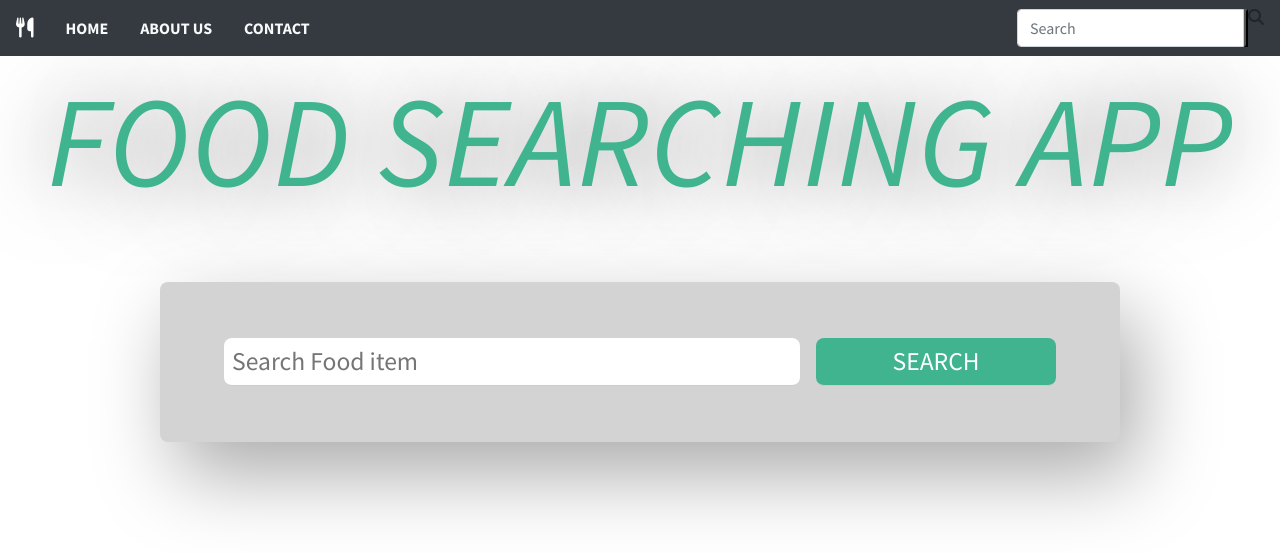
Repository: priyavmehta/React-Food-Recipe-App
Page: /
An editor plug-in stored every save of this project. The page is shown before and after a run of saves, followed by the edit.
The browser window is 1280 px wide. The pictures show the whole page.
Some web libraries are served in a nearby version. The project was rebuilt for these pictures with package versions that can differ from the ones it lists, and the page was loaded fresh each time. Also part of the build but not shown: src/Components/RecipeDetails.js, src/Components/Recipe.js, src/Components/Alert.js.

Above is the page before, as saved 2020-07-11 22:33:27.

### public/index.html
<!DOCTYPE html>
<html lang="en">
  <head>
    <meta charset="utf-8" />
    <link rel="icon" href="%PUBLIC_URL%/favicon.ico" />
    <meta name="viewport" content="width=device-width, initial-scale=1" />
    <meta name="theme-color" content="#000000" />
    <meta
      name="description"
      content="Web site created using create-react-app"
    />
    <link rel="apple-touch-icon" href="%PUBLIC_URL%/logo192.png" />
    <link rel="manifest" href="%PUBLIC_URL%/manifest.json" />

    <script src="https://kit.fontawesome.com/c3f9cf1e2c.js" crossorigin="anonymous"></script>

    <link rel="stylesheet" href="https://stackpath.bootstrapcdn.com/bootstrap/4.3.1/css/bootstrap.min.css" integrity="sha384-ggOyR0iXCbMQv3Xipma34MD+dH/1fQ784/j6cY/iJTQUOhcWr7x9JvoRxT2MZw1T" crossorigin="anonymous">
    <script src="https://code.jquery.com/jquery-3.3.1.slim.min.js" integrity="sha384-q8i/X+965DzO0rT7abK41JStQIAqVgRVzpbzo5smXKp4YfRvH+8abtTE1Pi6jizo" crossorigin="anonymous"></script>
<script src="https://cdnjs.cloudflare.com/ajax/libs/popper.js/1.14.7/umd/popper.min.js" integrity="sha384-UO2eT0CpHqdSJQ6hJty5KVphtPhzWj9WO1clHTMGa3JDZwrnQq4sF86dIHNDz0W1" crossorigin="anonymous"></script>
<script src="https://stackpath.bootstrapcdn.com/bootstrap/4.3.1/js/bootstrap.min.js" integrity="sha384-JjSmVgyd0p3pXB1rRibZUAYoIIy6OrQ6VrjIEaFf/nJGzIxFDsf4x0xIM+B07jRM" crossorigin="anonymous"></script>

    <title>Food App</title>
  </head>
  <body>
    <noscript>You need to enable JavaScript to run this app.</noscript>
    <div id="root"></div>
    <!--
      This HTML file is a template.
      If you open it directly in the browser, you will see an empty page.

      You can add webfonts, meta tags, or analytics to this file.
      The build step will place the bundled scripts into the <body> tag.

      To begin the development, run `npm start` or `yarn start`.
      To create a production bundle, use `npm run build` or `yarn build`.
    -->
  </body>
</html>

### src/App.js
import React, { useState } from 'react';
import './App.css';
import RecipeState from './context/recipe/RecipeState';
import Search from './Components/Search';
import { BrowserRouter as Router, Switch, Route } from 'react-router-dom'
import Navbar from './Components/Navbar';

const App = () => {

  return (
    <RecipeState>
      <Router>
      <Navbar />
        <div className="App">

          <Search/>
        </div>
      </Router>
    </RecipeState>
  );
}

export default App;

### src/App.css
@import url("https://fonts.googleapis.com/css?family=Source+Sans+Pro:300,300i,400,400i,600,600i,700&display=swap");

* {
  font-family: "Source Sans Pro", sans-serif;
  margin: 0;
  padding: 0;
  text-decoration: none;
  list-style-type: none;
  outline: none;
}

.App {
  display: flex;
  flex-direction: column;
  align-items: center;
}

h1 {
  font-size: 8rem;
  letter-spacing: 0.1rem;
  font-style: italic;
  color: #40b48e;
  text-shadow: 0 0.2rem 5rem rgb(119, 115, 115);
  text-transform: uppercase;
  margin: 4rem 0;
}

.search-form {
  width: 60rem;
  height: 10rem;
  display: flex;
  justify-content: center;
  align-items: center;
  background-color: #d3d3d3;
  border-radius: 0.5rem;
  margin-bottom: 5rem;
  box-shadow: 1rem 2rem 5rem #aaa;
  position: relative;
}

.alert {
  /*position: absolute;*/
  top: -3rem;
  left: 0;
  background-color: rgb(233, 72, 72);
  width: calc(100% - 0.4rem);
  border-radius: 0.5rem;
  padding: 0.2rem;
}

.alert h3 {
  font-size: 1.8rem;
  color: #fff;
  font-weight: 400;
  text-transform: uppercase;
  text-align: center;
}

.search-form input {
  font-size: 1.6rem;
  border: none;
  border-bottom: 0.1rem solid #ccc;
  margin: 0 0.5rem;
  border-radius: 0.5rem;
  height: 3rem;
}

.search-form input[type="text"] {
  padding: 0 0.5rem;
  width: 60%;
  color: #555;
}

.search-form input[type="submit"] {
  width: 25%;
  text-transform: uppercase;
  background-color: #40b48e;
  color: #fff;
}

.recipes {
  width: 90%;
  display: flex;
  align-items: center;
  flex-wrap: wrap;
  justify-content: center;
  align-items: flex-start;
}

.recipe {
  width: 30rem;
  margin: 3rem;
  display: flex;
  flex-direction: column;
  background-color: #d3d3d3;
  padding: 2rem;
  position: relative;
  border-radius: 0.5rem;
  box-shadow: 2rem 3rem 5rem #aaa;
}

.recipe h2 {
  background-color: rgba(161, 161, 161, 0.7);
  border-radius: 0.5rem;
  padding: 0.3rem 0.5rem;
  position: absolute;
  top: 2.5rem;
  left: 2.5rem;
  right: 2.5rem;
  font-size: 2.5rem;
  font-weight: 400;
  text-shadow: 0 0.5rem 0.5rem #555;
  color: #fff;
}

.recipe img {
  border-radius: 0.5rem;
  object-fit: cover;
}

.recipe a {
  font-size: 1.8rem;
  color: #40b48e;
}

/* .recipe button {
  font-size: 2rem;
  text-transform: uppercase;
  color: #fff;
  background-color: #40b48e;
  border: none;
  border-radius: 0.5rem;
  height: 3rem;
} */

.ingredient-list {
  margin-top: 1rem;
  background-color: #f0f0f0;
  border-radius: 0.5rem;
  padding: 0.5rem;
}

.ingredient-list li {
  margin: 0.5rem 0;
}

.ingredient-text {
  font-size: 1.5rem;
  color: #888;
}

.ingredient-weight {
  color: #40b48e;
  font-size: 1.3rem;
}

.fas {
  color: white;
}

/* .navbar {
  display: flex; */
  /*justify-content: space-between;
  align-items: center;
  padding: 0.7rem 2rem;
  z-index: 1;
  width: 100%;
  opacity: 0.9;
  margin-bottom: 1rem;
}

.navbar ul {
  display: flex;

}

.navbar a {
  color: #fff;
  padding: 0.45rem;
  margin: 0 0.25rem;
  background-color: black;
}

.navbar a:hover {
  color: var(--light-color);
}

.navbar .welcome span {
  margin-right: 0.6rem;
}


.bg-primary {
  background: var(--primary-color);
  color: #fff;
} */

### src/context/recipe/RecipeState.js
import React, { useReducer, useState, useEffect } from 'react'
import recipeContext from './recipeContext'
import recipeReducer from './recipeReducer';
import axios from 'axios'
import {SEARCH_RECIPE, SET_ALERT, REMOVE_ALERT, SET_HOME_PAGE} from '../types'

const RecipeState = (props) => {

    const initialState = {

        recipes : [],
        alert : ""
    };

    const home_recipes = []

    const [state, dispatch] = useReducer(recipeReducer, initialState);

    const YOUR_APP_ID = 'a232e31f';
    const YOUR_APP_KEY = 'd3cfbfb089b421a6f5135d309faa2604';

    // useEffect(async () => {
    //     const dosa = await axios.get(`https://api.edamam.com/search?q=dosa&app_id=${YOUR_APP_ID}&app_key=${YOUR_APP_KEY}`)
    //     const dosa_results = dosa.data.hits;
    //     home_recipes.push(dosa_results[5])
    //     home_recipes.push(dosa_results[9])

    //     const data = await axios.get(`https://api.edamam.com/search?q=pav&app_id=${YOUR_APP_ID}&app_key=${YOUR_APP_KEY}`)
    //     const results = data.data.hits;
    //     home_recipes.push(results[0])
    //     home_recipes.push(results[1])

    //     dispatch({type : SET_HOME_PAGE, payload : home_recipes})
    //     console.log("All Done")
    //     console.log(state.recipes)
    // }, [])

    const getData = async (text) => {
        if (text !== ''){
            const url = `https://api.edamam.com/search?q=${text}&app_id=${YOUR_APP_ID}&app_key=${YOUR_APP_KEY}`
            const data = await axios.get(url);
            if (!data.data.more){
                return (
                    dispatch({type : SET_ALERT, payload : "Such a food item is not available.."}),
                    setTimeout (() => dispatch({ type : REMOVE_ALERT }), 5000)
                )
            }
            dispatch({type: SEARCH_RECIPE, payload: data.data.hits})
            console.log(state.recipes)
        } else {
            dispatch ({type : SET_ALERT, payload: "Please enter something"})
            setTimeout (() => dispatch({ type : REMOVE_ALERT }), 5000)
        }

    }

    const getIndian = async () => {

    }

    return <recipeContext.Provider value = {{
            getData,
            recipes: state.recipes,
            alert : state.alert
        }
    }
    >
        {props.children}
    </recipeContext.Provider>
}

export default RecipeState

### src/Components/Search.js
import React, {Fragment, useContext, useState} from 'react'
import recipeContext from '../context/recipe/recipeContext'
import Recipe from './Recipe'
import Alert from './Alert'

const Search = () => {

    const [query, setQuery] = useState("")

    const RecipeContext = useContext(recipeContext)
    const {getData, recipes, alert} = RecipeContext

    const changeQuery = (event) => setQuery(event.target.value)

    const onSubmitQuery = (event) => {
        event.preventDefault()
        getData(query)
        setQuery("")
    }

    return (
        <Fragment>
            <h1 >Food Searching App</h1>
            { alert !== "" && <Alert/>}
            <form className = "search-form" onSubmit = {onSubmitQuery}>
                <input type="text" placeholder = "Search Food item" autoComplete = "off" onChange = {changeQuery} value = {query} />
                <input type = "submit" value = "Search" />
            </form>
            <div className = "recipes">
                {
                    recipes !== [] && (
                        recipes.map(recipe => <Recipe recipe = {recipe}/>)
                    )
                }
            </div>
        </Fragment>
    )
}

export default Search

### src/Components/Navbar.js
import React from 'react'
import PropTypes from 'prop-types'
import { Link } from 'react-router-dom'

const Navbar = ({icon, title}) => {

    return (
        <nav className="navbar navbar-expand-md navbar-light bg-dark fixed-top">
            <a className="navbar-brand"><i className="fas fa-utensils"></i></a>
            <button type="button" className="navbar-toggler bg-light" data-toggle="collapse" data-target="#nav">
                <span className="navbar-toggler-icon"></span>
            </button>
             <div className="collapse navbar-collapse justify-content-between" id="nav">
                <ul className="navbar-nav">
                    <li className="nav-item" >
                        <a className="nav-link text-light font-weight-bold px-3" href="#">HOME</a>
                    </li>
                    <li className="nav-item">
                        <a className="nav-link text-light font-weight-bold px-3" href="#">ABOUT US</a>
                    </li>
                    <li className="nav-item">
                        <a className="nav-link text-light font-weight-bold px-3" href="#">CONTACT</a>
                    </li>
                </ul>
                <form className="form-inline ml-3">
                    <div className="input-group">
                        <input type="text" className="form-control " placeholder="Search" />
                        <button type="submit"></button><i className="fa fa-search"></i>
                    </div>

                </form>

            </div>

        </nav>
    )
}

Navbar.defaultProps = {
    title : "Food App",
    icon : "fab fa-github"
};

Navbar.propTypes = {
    title : PropTypes.string.isRequired,
    icon : PropTypes.string.isRequired
};

export default Navbar

### src/context/recipe/recipeContext.js
import { createContext } from 'react'

const recipeContext = createContext()

export default recipeContext

### src/context/recipe/recipeReducer.js
import {SEARCH_RECIPE, SET_ALERT, REMOVE_ALERT, SET_HOME_PAGE} from '../types'

export default (state, action) => {
    switch(action.type){
        case SET_HOME_PAGE:
            return{
                ...state,
                recipes : action.payload
            }
        case REMOVE_ALERT:
            return{
                ...state,
                alert: ""
            }
        case SET_ALERT:
            return{
                ...state,
                alert: action.payload
            }
        case SEARCH_RECIPE:
            return {
                ...state,
                recipes : action.payload,
                alert: ""
            }
        default:
            return state
    }
}

### src/context/types.js
export const SEARCH_RECIPE = "SEARCH_RECIPE";
export const CHANGE_QUERY = "CHANGE_QUERY";
export const SET_ALERT = "SET_ALERT";
export const REMOVE_ALERT = "REMOVE_ALERT";
export const SET_HOME_PAGE = "SET_HOME_PAGE";

Loaded but not shown: src/index.js (common file); src/index.css (common file); src/serviceWorker.js (common file)

After the next 2 saves:
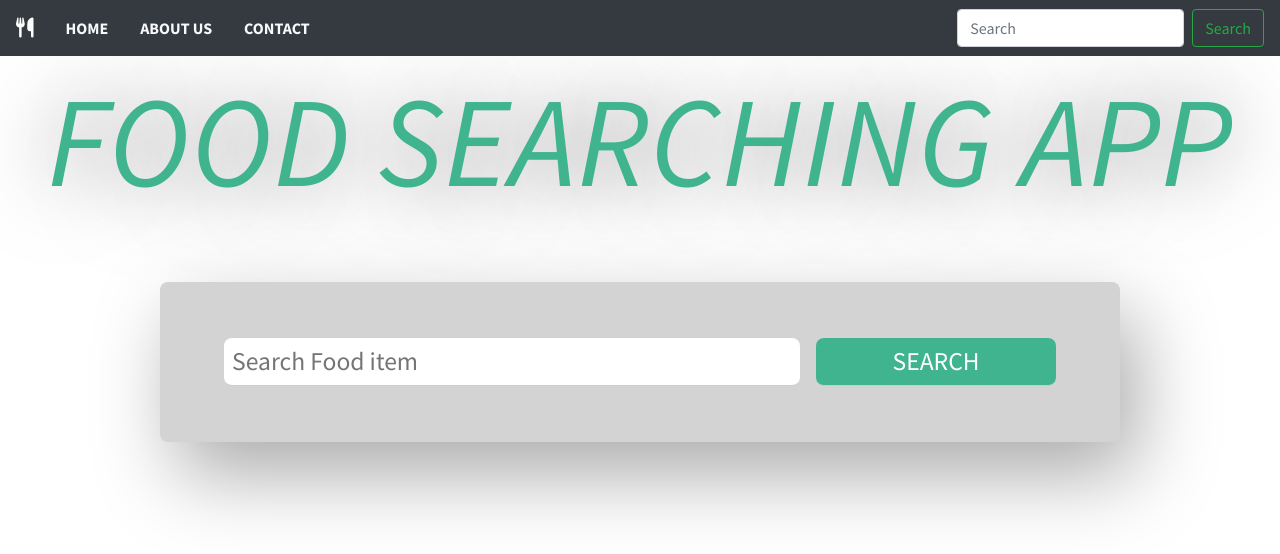
The 2 saves are shown as one change because 1 did not build or start.
The last was saved 2 min 12 s later.
--- a/src/Components/Navbar.js
+++ b/src/Components/Navbar.js
@@ -22,13 +22,10 @@ const Navbar = ({icon, title}) => {
                         <a className="nav-link text-light font-weight-bold px-3" href="#">CONTACT</a>
                     </li>
                 </ul>
-                <form className="form-inline ml-3">
-                    <div className="input-group">
-                        <input type="text" className="form-control " placeholder="Search" />
-                        <button type="submit"></button><i className="fa fa-search"></i>
-                    </div>
-
-                </form>
+                <form class="form-inline">
+    <input class="form-control mr-sm-2" type="search" placeholder="Search" aria-label="Search"/>
+    <button class="btn btn-outline-success my-2 my-sm-0" type="submit">Search</button>
+  </form>
 
             </div>
 
